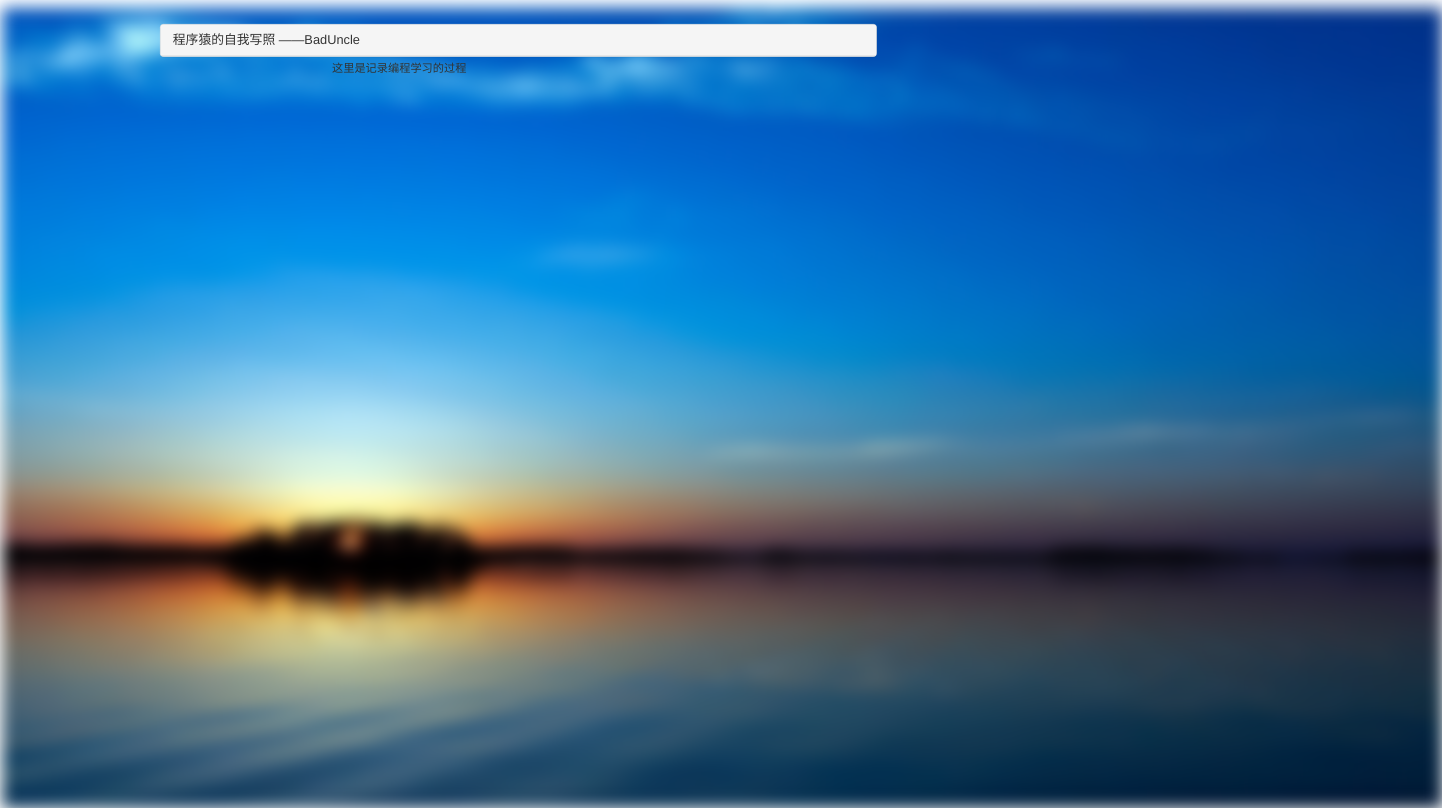
Repository: lidasi/monkeyLife
Page: http://localhost/monkeyLife/jsp/english.jsp
An editor plug-in stored every save of this project. The page is shown before and after the next save, followed by the edit.
The browser window is 1280 px wide. The page is 1803 px wide, so the pictures cover 1803 px, including what lies to the right of the window. The pictures show the whole page, at 80% of full size.
The page is served by Tomcat 9.

Above is the page before, as saved 2017-07-14 02:35:33.

### workSpeaces/monkeyLife/WebContent/jsp/english.jsp
<%@ page language="java" contentType="text/html; charset=UTF-8"
    pageEncoding="UTF-8"%>
<!DOCTYPE html PUBLIC "-//W3C//DTD HTML 4.01 Transitional//EN" "http://www.w3.org/TR/html4/loose.dtd">
<html>
<head>
<meta http-equiv="Content-Type" content="text/html; charset=UTF-8">
<link rel="stylesheet" type="text/css" media="screen" href="../ui/bootstrap/css/bootstrap.min.css">
<link rel="stylesheet" type="text/css" media="screen" href="../css/info.css">
<script type="text/javascript" src="../js/jquery-1.10.2.min.js"></script>
<script type="text/javascript">
        $(function(){
        	 var height = 1000;
             var width = 1800;
             $("#infoImage").height(height).width(width);

        });
        var monkeyLife_001 = function() {
        	alert("跳至详情")
        }
    </script>
<title>infoPage</title>
</head>
<body>
	<div id="infoRelative">
		<div id="infoImage"></div>
	</div>
	<div id="content">
		<div class="panel panel-default">
		    <div class="panel-heading">
		        <h3 class="panel-title">
		           <a id="title" href="#"> 程序猿的自我写照  ——BadUncle</a>
		        </h3>
		    </div>
		    <div id="content" class="panel-body">
		      	  这里是记录编程学习的过程
		    </div>
		</div>
	</div>

</body>
</html>

### workSpeaces/monkeyLife/WebContent/css/info.css
@CHARSET "UTF-8";
#infoRelative{position:relative;
	width:100%;
	height:100%}
#infoImage{
	position:absolute;
	left:3px;
	top:10px;
/*    border: 1px solid #CCCCCC;
    padding:90px 5px 10px;*/
    background: url("../image/dock/infoImage_001.jpg") no-repeat;
    background-size: cover;
    -webkit-filter: blur(10px);
    -ms-filter: blur(10px);
    filter: progid:DXImageTransform.Microsoft.Blur(PixelRadius=10, MakeShadow=false);
    animation:mymove 5s infinite;
    -webkit-animation:mymove 5s infinite;
}
 @keyframes mymove
{
    0%   {top:10px; background:url("../image/dock/infoImage_001.jpg"); position:absolute;}
    50% {top:10px; background:url("../image/dock/infoImage_002.jpg"); position:absolute;}
    100% {top:10px; background:url("../image/dock/infoImage_001.jpg"); position:absolute;}
}

@-webkit-keyframes mymove
{
    0%   {top:0px; background:url("../image/dock/infoImage_001.jpg" position:absolute;);
    }
    50%   {top:0px; background:url("../image/dock/infoImage_002.jpg" position:absolute;);
    }
    100% {top:0px; background:url("../image/dock/infoImage_001.jpg" position:absolute;);
    }
}

#content {position:absolute;
	left:200px;
	top:30px;
	width: 70%;
	height: 200px;
	}

Loaded but not shown: workSpeaces/monkeyLife/WebContent/ui/bootstrap/css/bootstrap.min.css (library); workSpeaces/monkeyLife/WebContent/js/jquery-1.10.2.min.js (library)

After the next save:
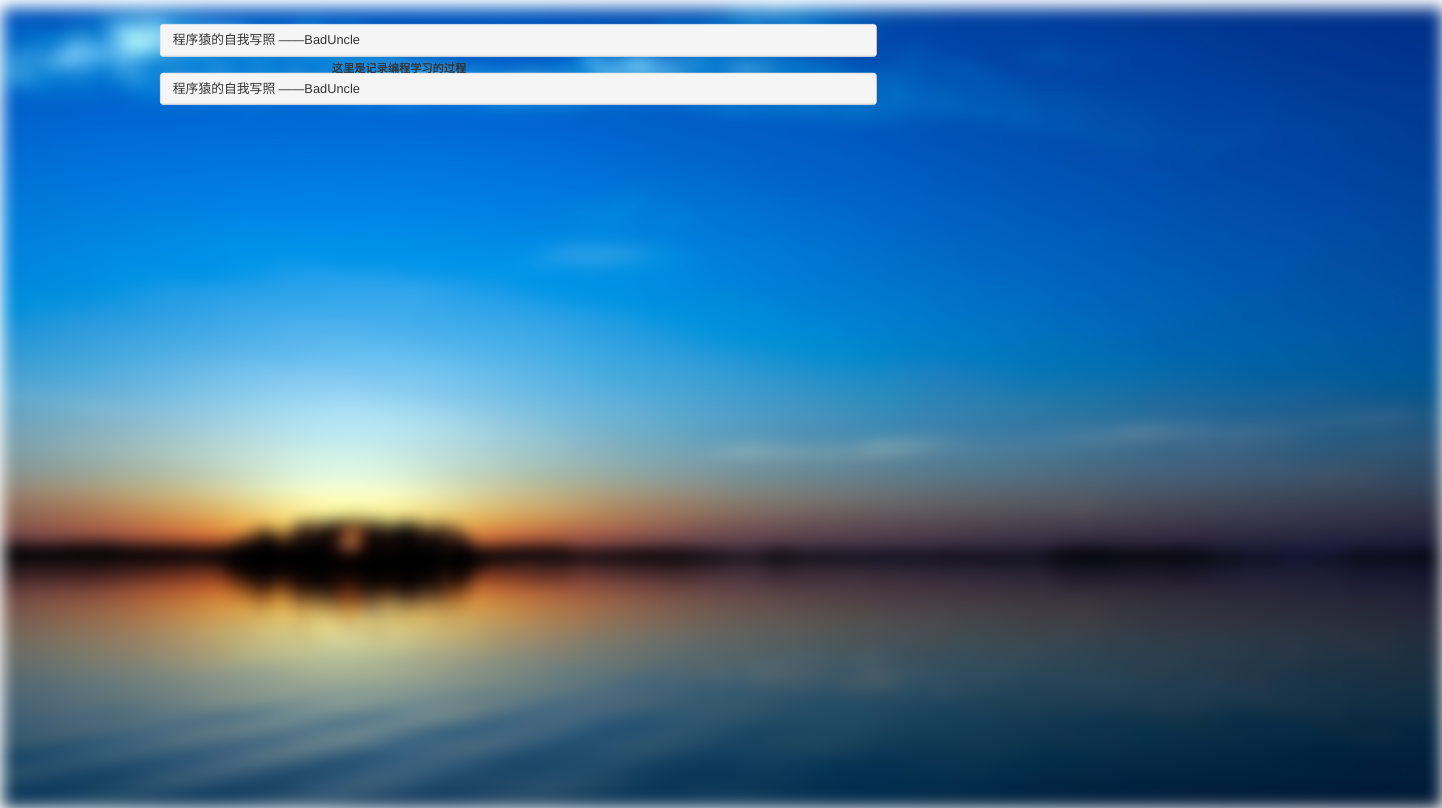
Saved 5 min 5 s later.
--- a/workSpeaces/monkeyLife/WebContent/jsp/english.jsp
+++ b/workSpeaces/monkeyLife/WebContent/jsp/english.jsp
@@ -35,6 +35,16 @@
 		      	  这里是记录编程学习的过程
 		    </div>
 		</div>
+		<div class="panel panel-default">
+		    <div class="panel-heading">
+		        <h3 class="panel-title">
+		           <a id="title" href="#"> 程序猿的自我写照  ——BadUncle</a>
+		        </h3>
+		    </div>
+		    <div id="content" class="panel-body">
+		      	  这里是记录编程学习的过程
+		    </div>
+		</div>
 	</div>
 
 </body>
